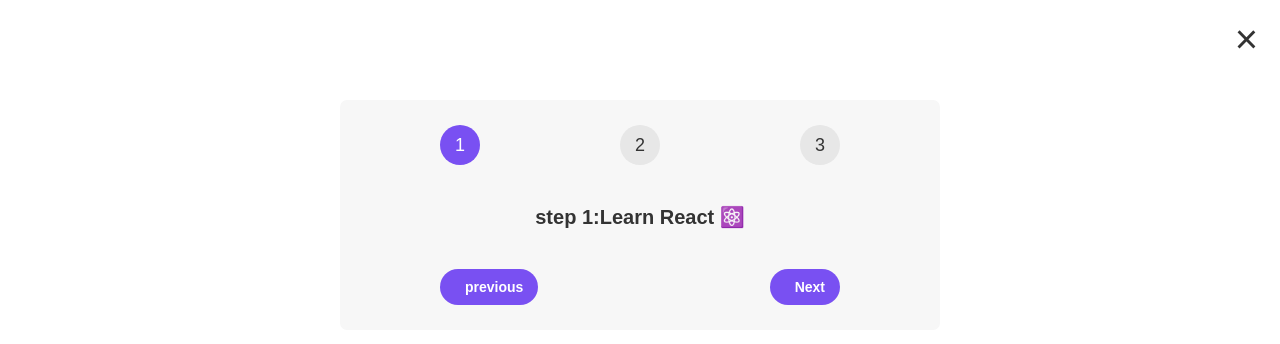
Repository: masamichan/steps
Page: /
An editor plug-in stored every save of this project. The page is shown before and after the next save, followed by the edit.
The browser window is 1280 px wide. The pictures show the whole page.
The project was rebuilt for these pictures with package versions that can differ from the ones it lists, and the page was loaded fresh each time.

Above is the page before, as saved 2024-01-23 09:14:40.

### src/App.js
import { useState } from "react";

const messages = [
  "Learn React ⚛️",
  "Apply for jobs 💼",
  "Invest your new income 🤑",
];

export default function App() {
  const [step, setStep] = useState(1);
  const [isOpen, setIsOpen] = useState(true);

  function handlePrevious() {
    if (step > 1) setStep((s) => s - 1);
  }

  function handleNext() {
    if (step < 3) {
      setStep((s) => s + 1);
      // setStep((s) => s + 1);
    }
  }

  return (
    <div>
      <button className="close" onClick={() => setIsOpen((is) => !isOpen)}>
        &times;
      </button>
      {isOpen && (
        <div className="steps">
          <div className="numbers">
            <div className={step >= 1 ? "active" : ""}>1</div>
            <div className={step >= 2 ? "active" : ""}>2</div>
            <div className={step >= 3 ? "active" : ""}>3</div>
          </div>
          <p className="message">
            step {step}:{messages[step - 1]}
          </p>
          <div className="buttons">
            <Button
              bgColor="#7950f2"
              textColor="#fff"
              onClick={handlePrevious}
              text="previous"
            />
            <Button
              bgColor="#7950f2"
              textColor="#fff"
              onClick={handleNext}
              text="Next"
            />
          </div>
        </div>
      )}
    </div>
  );
}

function Button({ textColor, bgColor, onClick, text, emoji }) {
  return (
    <button
      style={{ backgroundColor: bgColor, color: textColor }}
      onClick={onClick}
    >
      <span>{emoji}</span>
      {text}
    </button>
  );
}

Loaded but not shown: public/index.html (common file); src/index.js (common file); src/index.css (common file)

After the next save:
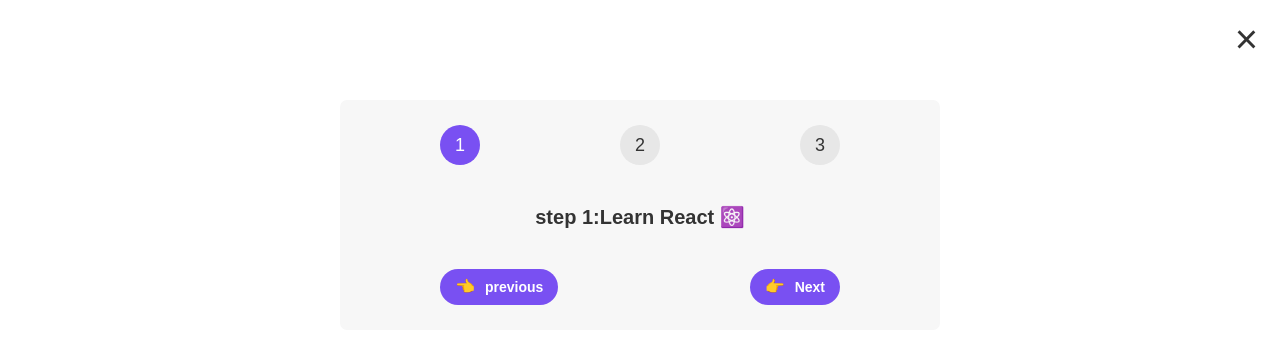
Saved 3 min 17 s later.
--- a/src/App.js
+++ b/src/App.js
@@ -42,12 +42,14 @@ export default function App() {
               textColor="#fff"
               onClick={handlePrevious}
               text="previous"
+              emoji="👈"
             />
             <Button
               bgColor="#7950f2"
               textColor="#fff"
               onClick={handleNext}
               text="Next"
+              emoji="👉"
             />
           </div>
         </div>
